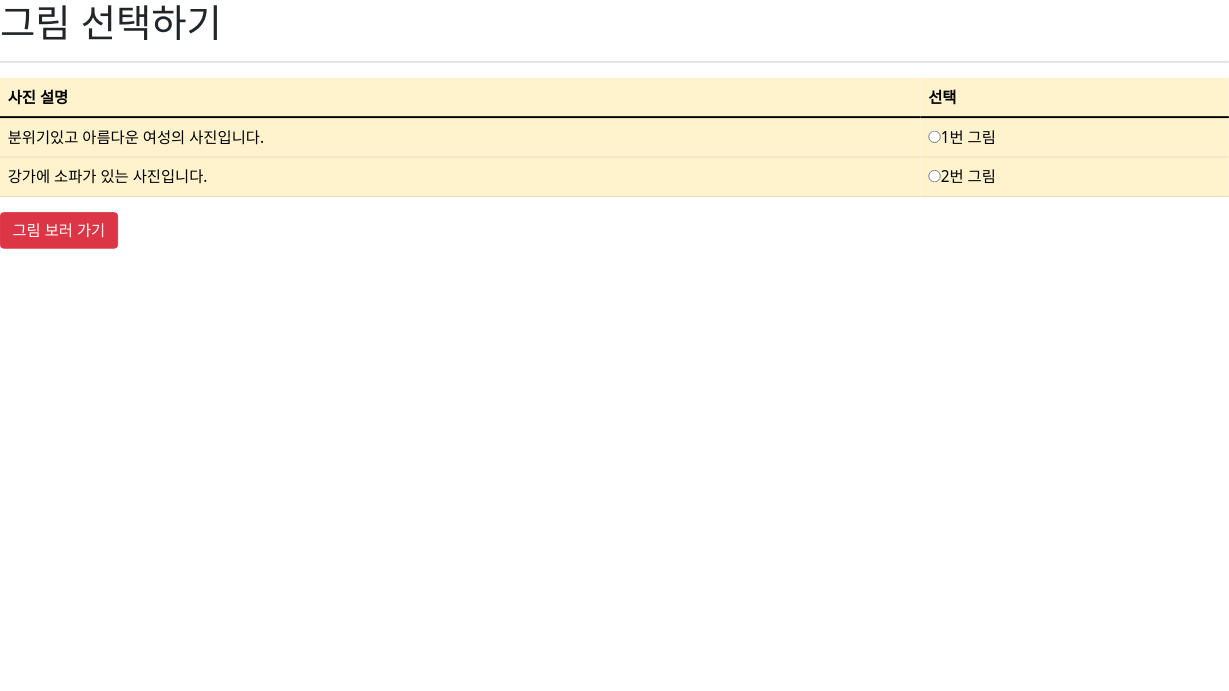
Repository: limbbbyoung/JSP_practice
Page: http://localhost/JSPbasic/jspobject/request/req_photo.jsp
These files come from the project's save history. The page is drawn as it stood at one moment and after the next save; the edit follows.
The browser window is 1280 px wide. The pictures show the whole page, at 96% of full size.
The page is served by Tomcat 9.

Above is the page before, as saved 2022-03-28 08:22:14.

After the next save:
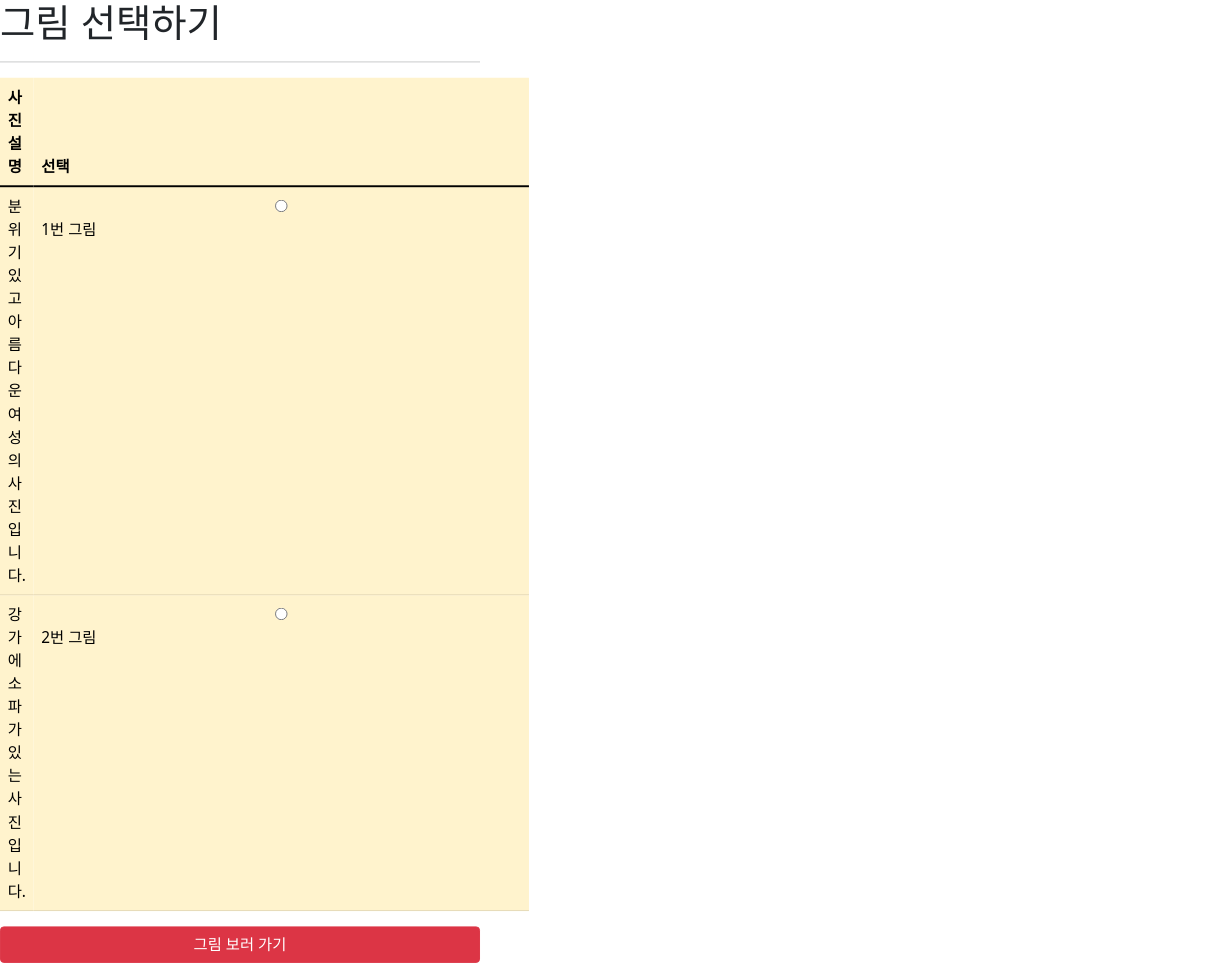
Saved 4 s later.
--- a/JSPbasic/src/main/webapp/jspobject/request/req_photo.jsp
+++ b/JSPbasic/src/main/webapp/jspobject/request/req_photo.jsp
@@ -4,7 +4,7 @@
 <html>
 <head>
 <style>
-     8 { width : 500px;}
+     * { width : 500px;}
 </style>
 <link href="https://cdn.jsdelivr.net/npm/bootstrap@5.1.3/dist/css/bootstrap.min.css" rel="stylesheet" integrity="sha384-1BmE4kWBq78iYhFldvKuhfTAU6auU8tT94WrHftjDbrCEXSU1oBoqyl2QvZ6jIW3" crossorigin="anonymous">
 <meta charset="UTF-8">
